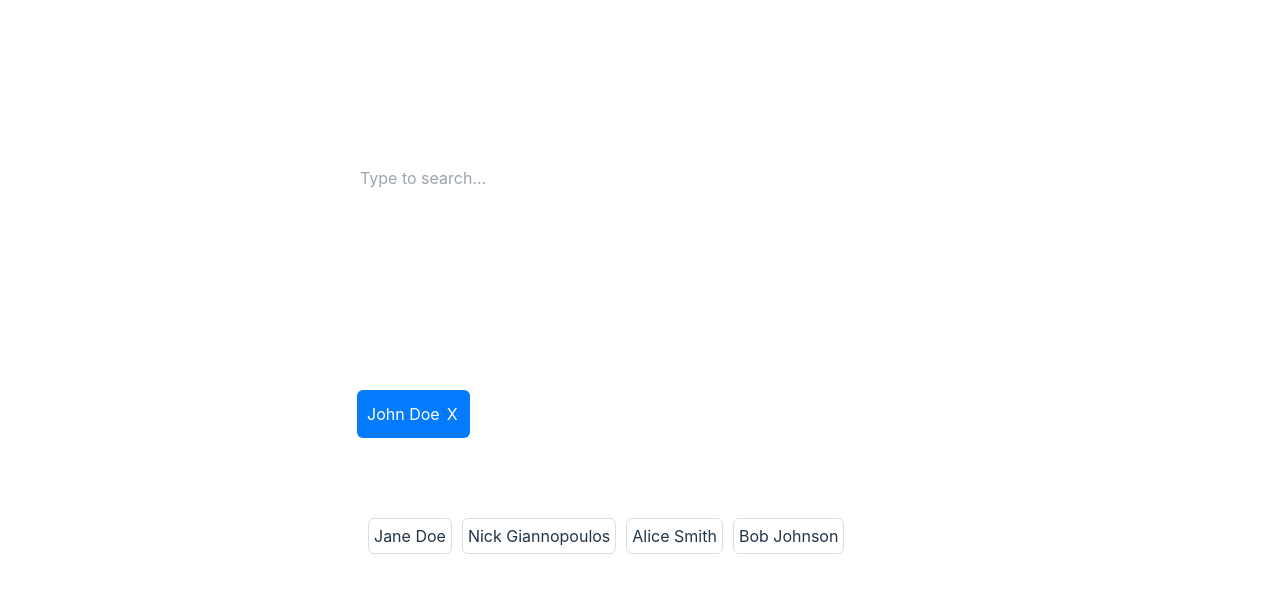
Repository: Ayansaxena24/Chip
Page: /, after clicking the first element matching `li.cursor-pointer`
The author's editor kept a copy of each file at every save. The page is drawn from the files as they stood at one save, then again after a run of saves.
The browser window is 1280 px wide. The pictures show the whole page.
Some web libraries are served in a nearby version. The project was rebuilt for these pictures with package versions that can differ from the ones it lists, and the page was loaded fresh each time. Also part of the build but not shown: vite.config.ts, src/ChipInput.css.

Above is the page before, as saved 2024-01-16 03:41:35.

### index.html
<!doctype html>
<html lang="en">
  <head>
    <meta charset="UTF-8" />
    <link rel="icon" type="image/svg+xml" href="/vite.svg" />
    <meta name="viewport" content="width=device-width, initial-scale=1.0" />
    <script src="https://cdn.tailwindcss.com"></script>    <title>Vite + React + TS</title>
  </head>
  <body>
    <div id="root"></div>
    <script type="module" src="/src/main.tsx"></script>
  </body>
</html>

### src/App.tsx
import { BrowserRouter as Router, Routes, Route } from 'react-router-dom'
import ChipInput from './chipInput'

const App = () => {
  return (
    <Router>
      <Routes>
      <Route path="/" element={<ChipInput />} />
      </Routes>
    </Router>
  )
}

export default App

### src/ChipInput.tsx
// ChipInput.tsx

import React, {
  useState,
  useRef,
  useEffect,
  KeyboardEvent,
  ChangeEvent,
} from "react";
import "./ChipInput.css"; // Import your CSS file (e.g., TailwindCss/SCSS)

interface Chip {
  id: number;
  label: string;
}

const ChipInput: React.FC = () => {
  const [inputValue, setInputValue] = useState<string>("");
  const [chips, setChips] = useState<Chip[]>([]);
  const [filteredItems, setFilteredItems] = useState<string[]>([]);
  const inputRef = useRef<HTMLInputElement>(null);

  const items = [
    "John Doe",
    "Jane Doe",
    "Nick Giannopoulos",
    "Alice Smith",
    "Bob Johnson",
  ];

  useEffect(() => {
    setFilteredItems(
      items.filter((item) => !chips.find((chip) => chip.label === item))
    );
  }, [chips]);

  const handleInputChange = (e: ChangeEvent<HTMLInputElement>) => {
    const value = e.target.value;
    setInputValue(value);

    if (value.trim() === "" && chips.length > 0) {
      highlightLastChip();
    } else {
      setFilteredItems(
        items.filter((item) => item.toLowerCase().includes(value.toLowerCase()))
      );
    }
  };

  const handleChipClick = (item: string) => {
    setChips((prevChips) => [...prevChips, { id: Date.now(), label: item }]);
    setInputValue("");
  };

  const handleChipRemove = (id: number) => {
    setChips((prevChips) => prevChips.filter((chip) => chip.id !== id));
  };

  const handleInputKeyDown = (e: KeyboardEvent<HTMLInputElement>) => {
    if (e.key === "Backspace" && inputValue === "" && chips.length > 0) {
      e.preventDefault();
      const lastChip = chips[chips.length - 1];
      handleChipRemove(lastChip.id);
    }
  };

  const highlightLastChip = () => {
    const lastChip = document.querySelector(".chip:last-child");
    if (lastChip) {
      lastChip.classList.add("highlighted");
    }
  };

  return (
    <div className="w-screen flex justify-center items-center">
      <div className="flex flex-col w-[80vh]">
        <div className="flex flex-wrap">
          {chips.map((chip) => (
            <div
              key={chip.id}
              className="bg-[#037bfc] text-white mt-60 rounded-md m-[5px] pr-[30px] pl-[10px] py-[12px] cursor-pointer flex items-center relative"
              onClick={() => handleChipRemove(chip.id)}
            >
              {chip.label}
              <span className="hover:border-white hover:bg-red-600 duration-300 ease-in-out hover:border-2 hover:rounded-md px-1 mx-2 absolute right-0">X</span>
            </div>
          ))}
          <input
            ref={inputRef}
            type="text"
            value={inputValue}
            onChange={handleInputChange}
            onKeyDown={handleInputKeyDown}
            placeholder="Type to search..."
            className="rounded-md w-[100vh] pl-2 py-4 fixed"
          />
        </div>
        <ul className={`${chips.length !== 5 ? "mt-16 cursor-pointer p-[5px] m-[5px] border-white rounded-md border-[1px] border-solid flex flex-wrap" : ""}`}>
          {filteredItems.map((item) => (
            <li className="cursor-pointer p-[5px] m-[5px] border-[1px] border-[#ddd] rounded-md hover:text-black hover:bg-white duration-300 ease-in-out hover:scale-105" key={item} onClick={() => handleChipClick(item)}>
              {item}
            </li>
          ))}
        </ul>
      </div>
    </div>
  );
};

export default ChipInput;

Loaded but not shown: src/main.tsx (common file); src/index.css (common file)

After the next 3 saves:
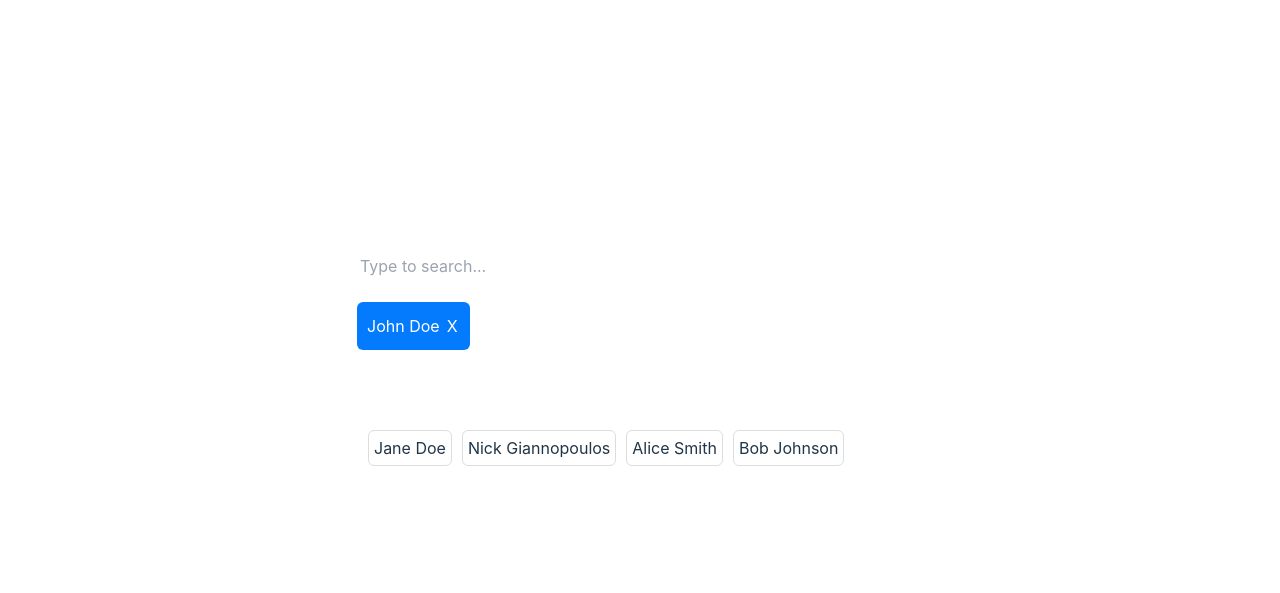
The 3 saves are shown as one change because they came seconds apart.
The last was saved 10 s later.
--- a/src/ChipInput.tsx
+++ b/src/ChipInput.tsx
@@ -78,7 +78,7 @@ const ChipInput: React.FC = () => {
           {chips.map((chip) => (
             <div
               key={chip.id}
-              className="bg-[#037bfc] text-white mt-60 rounded-md m-[5px] pr-[30px] pl-[10px] py-[12px] cursor-pointer flex items-center relative"
+              className="bg-[#037bfc] text-white mt-16 rounded-md m-[5px] pr-[30px] pl-[10px] py-[12px] cursor-pointer flex items-center relative"
               onClick={() => handleChipRemove(chip.id)}
             >
               {chip.label}
